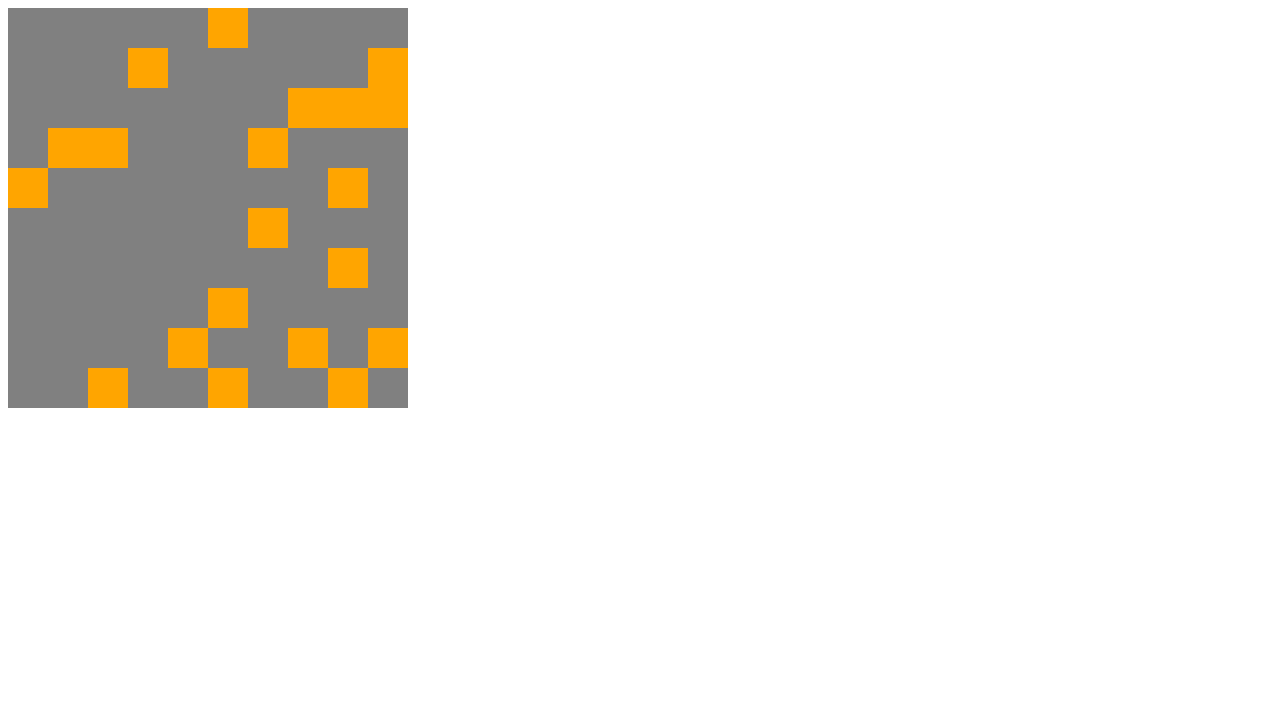
Repository: issaRan/MineSweeper
Page: html/index.html
These files come from the project's save history. The page is drawn as it stood at one moment and after the next save; the edit follows.
The browser window is 1280 px wide. The pictures show the whole page.

Above is the page before, as saved 2020-10-23 15:38:23.

### html/index.html
<!DOCTYPE html>
<html lang="en">
<head>
    <meta charset="UTF-8">
    <meta name="viewport" content="width=device-width, initial-scale=1.0">
    <title>MineSweeper</title>
    <link rel="stylesheet" href="../css/styles.css">
    <script src="../js/index.js" charset="utf-8"></script>
</head>
<body>
  <div class="grid"></div>
</body>
</html>

### css/styles.css
.grid {
    height: 400px;
    width: 400px;
    display: flex;
    flex-wrap: wrap;
    background-color: grey;
}
.grid div {
    height: 40px;
    width: 40px ;
}

.bomb {
    background-color: orange;
}
.checked{
    background-color: red;
}

### js/index.js
document.addEventListener('DOMContentLoaded',()=>{
    const grid = document.querySelector('.grid')
    let width = 10
    let flag = 0
    let squares = []
    let isGameOver = false
    let bombAamount = 20
    function createBoard(){
        const bombArray = Array(bombAamount).fill('bomb')
        const emptyArray = Array(width*width - bombAamount).fill('valid')
        const gameArray = emptyArray.concat(bombArray)
        const shuffledArray = gameArray.sort(()=> Math.random() -0.5)
        for(let i = 0; i < width*width;i++){
            const sqaure = document.createElement('div')
            sqaure.setAttribute('id',i)
            sqaure.classList.add(shuffledArray[i])
            grid.appendChild(sqaure)
            squares.push(sqaure)
            sqaure.addEventListener('click',(e)=>{
                click(sqaure)
            })
            sqaure.oncontextmenu = function(e){
                e.preventDefault()
                addFlag(sqaure)
            }
        }
        for (let i = 0; i < squares.length; i++) {
            let total = 0
            const isLeftEdge = (i % width === 0)
            const isRightEdge = (i % width === width -1)

            if (squares[i].classList.contains('valid')) {
              if (i > 0 && !isLeftEdge && squares[i -1].classList.contains('bomb')) total ++
              if (i > 9 && !isRightEdge && squares[i + 1 -width].classList.contains('bomb')) total ++
              if (i > 10 && squares[i -width].classList.contains('bomb')) total ++
              if (i > 11 && !isLeftEdge && squares[i -1 -width].classList.contains('bomb')) total ++
              if (i < 98 && !isRightEdge && squares[i +1].classList.contains('bomb')) total ++
              if (i < 90 && !isLeftEdge && squares[i -1 +width].classList.contains('bomb')) total ++
              if (i < 88 && !isRightEdge && squares[i +1 +width].classList.contains('bomb')) total ++
              if (i < 89 && squares[i +width].classList.contains('bomb')) total ++
              squares[i].setAttribute('data', total)
            }
        }
    }
    createBoard()
    function click(square){
        let currentId = square.id
        if(isGameOver) return
        if(square.classList.contains('checked') || square.classList.contains('flag')){
            return
        }
        if(square.classList.contains('bomb')){
            gameOver(square)
        }else{
            let total = square.getAttribute('data')
            if(total != 0){
                square.classList.add('checked')
                square.innerHTML = total
                return
            }
            checkSquare(square,currentId)
        }
        square.classList.add('checked')

    }
    function checkSquare(square,currentId){
        const isLeftEdge = (currentId % width === 0)
        const isRightEdge = (currentId % width === width -1)
        setTimeout(()=>{
            if (currentId > 0 && !isLeftEdge) {
                const newId = squares[parseInt(currentId) -1].id
                //const newId = parseInt(currentId) - 1   ....refactor
                const newSquare = document.getElementById(newId)
                click(newSquare)
              }
              if (currentId > 9 && !isRightEdge) {
                const newId = squares[parseInt(currentId) +1 -width].id
                //const newId = parseInt(currentId) +1 -width   ....refactor
                const newSquare = document.getElementById(newId)
                click(newSquare)
              }
              if (currentId > 10) {
                const newId = squares[parseInt(currentId -width)].id
                const newSquare = document.getElementById(newId)
                click(newSquare)
              }
              if (currentId > 11 && !isLeftEdge) {
                const newId = squares[parseInt(currentId) -1 -width].id

                const newSquare = document.getElementById(newId)
                click(newSquare)
              }
              if (currentId < 98 && !isRightEdge) {
                const newId = squares[parseInt(currentId) +1].id
                const newSquare = document.getElementById(newId)
                click(newSquare)
              }
              if (currentId < 90 && !isLeftEdge) {
                const newId = squares[parseInt(currentId) -1 +width].id
                const newSquare = document.getElementById(newId)
                click(newSquare)
              }
              if (currentId < 88 && !isRightEdge) {
                const newId = squares[parseInt(currentId) +1 +width].id
                const newSquare = document.getElementById(newId)
                click(newSquare)
              }
              if (currentId < 89) {
                const newId = squares[parseInt(currentId) +width].id
                const newSquare = document.getElementById(newId)
                click(newSquare)
              }
        },10)
    }
    function gameOver(square){
        console.log("Boom !")
        isGameOver = true
        squares.forEach(square=> {
            if(square.classList.contains('bomb')){
                square.innerHTML = '💣'
            }
        })
    }
    function addFlag(square){
        if(isGameOver) return
        if(!square.classList.contains('checked') && (flag < bombAamount)) {
            if(!square.classList.contains('flag')){
                square.classList.add('flag')
                square.innerHTML = ' 🚩'
                checkForWin()
                flag++;
            }else{
                square.classList.remove('flag')
                square.innerHTML = ''
                flag--;
            }
        }
    }
    function checkForWin(){
        let matches = 0
        for(let i = 0; i < squares.length;i++){
            if(squares[i].classList.contains('flag') && squares[i].classList.contains('bomb')){
                matches++
            }
            if(matches == bombAamount){
                isGameOver = true
                console.log('You Win !')
            }
        }
    }
})

After the next save:
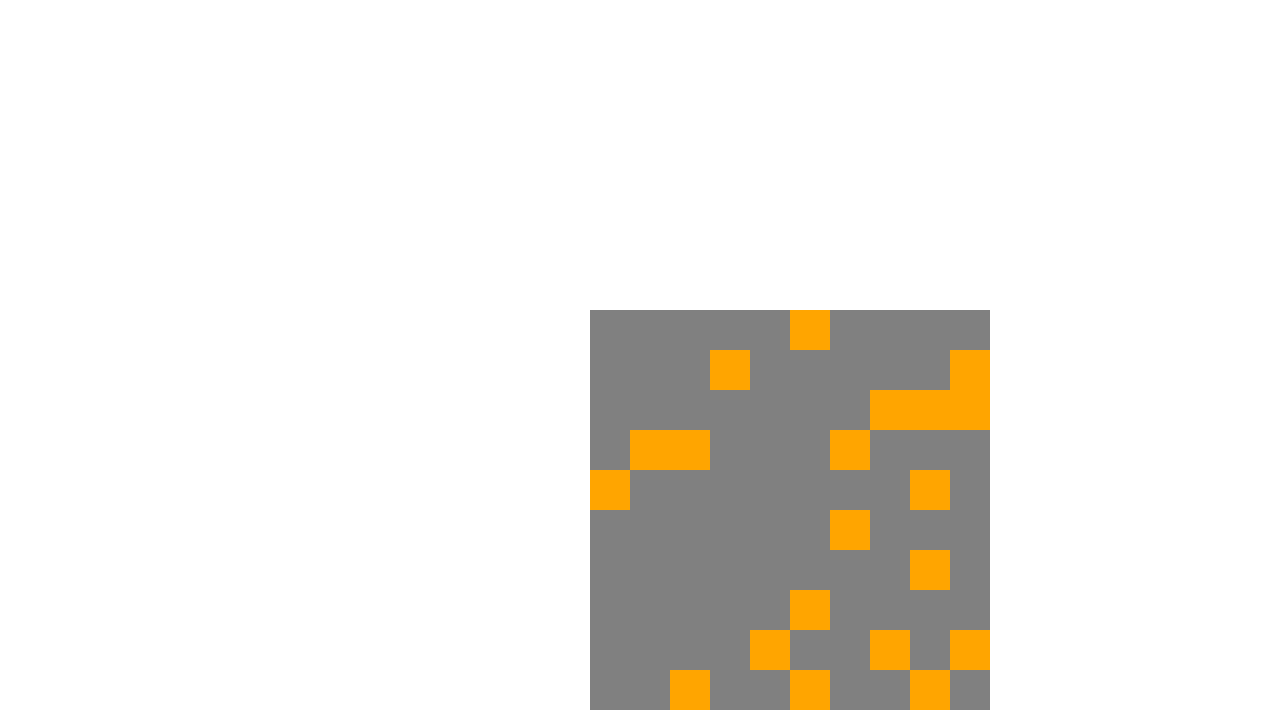
Saved 32 s later.
--- a/css/styles.css
+++ b/css/styles.css
@@ -4,6 +4,11 @@
     display: flex;
     flex-wrap: wrap;
     background-color: grey;
+    position: absolute;
+    top: 50%;
+    left: 50%;
+    margin-top: -50px;
+    margin-left: -50px;
 }
 .grid div {
     height: 40px;
